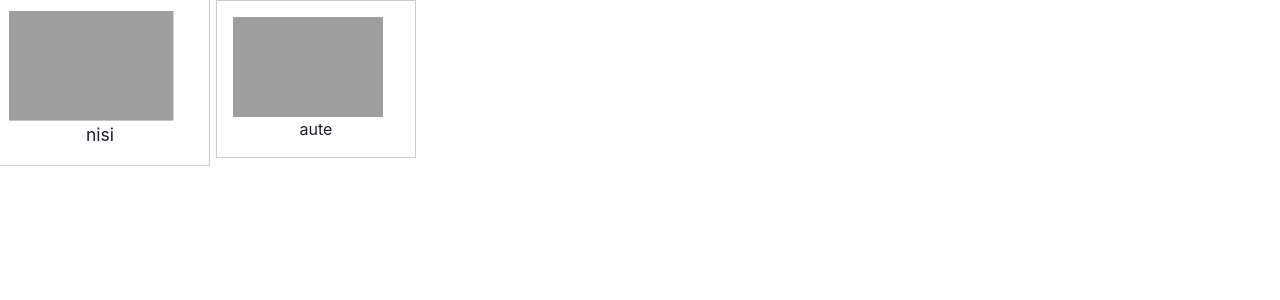
Repository: Jordybeer/wow
Page: /
The author's editor kept a copy of each file at every save. The page is drawn from the files as they stood at one save, then again after the next save.
The browser window is 1280 px wide. The pictures show the whole page.
Pictures or frames that could not be fetched are drawn as grey boxes. The project was rebuilt for these pictures with package versions that can differ from the ones it lists, and the page was loaded fresh each time. The framework's server and built-in components were replaced by stand-ins that run in the browser. Also part of the build but not shown: components/ExpandedCard.tsx.

Above is the page before, as saved 2023-09-18 10:04:47.

### pages/_app.tsx
// pages/_app.tsx
import { ChakraProvider } from '@chakra-ui/react';
import '../styles/styles.css';
import "slick-carousel/slick/slick.css";
import "slick-carousel/slick/slick-theme.css";

function MyApp({ Component, pageProps }) {
  return (
    <ChakraProvider>
      <Component {...pageProps} />
    </ChakraProvider>
  );
}

export default MyApp;

### pages/index.tsx
// pages/index.tsx
import React, { useState } from 'react';
import CardGrid from '../components/CardGrid';
import ExpandedCard from '../components/ExpandedCard';

const Home = () => {
  const [selectedCard, setSelectedCard] = useState(null);

  return (
    <div>
      <CardGrid setSelectedCard={setSelectedCard} />
      {selectedCard && (
        <ExpandedCard data={selectedCard} setSelectedCard={setSelectedCard} />
      )}
    </div>
  );
};

export default Home;

### styles/styles.css
/* styles/styles.css */
.grid {
  display: grid;
  grid-template-columns: repeat(auto-fill, minmax(200px, 1fr));
  gap: 16px;
}

.card, .expanded-card {
  border: 1px solid #ccc;
  padding: 16px;
  text-align: center;
  transition: all 0.3s ease-in-out;
}

.expanded-card {
  position: fixed;
  top: 0;
  left: 0;
  width: 100%;
  height: 100%;
  background-color: rgba(0, 0, 0, 0.8);
  z-index: 1000;
  display: flex;
  flex-direction: column;
    background-color: rgba(0, 0, 0, 0.8);
  display: flex;
  align-items: center;
  justify-content: center;
}

.slideshow {
  width: 100%;
  height: 50%;
  overflow: hidden;
}

.description {
  padding: 16px;
}

/* styles/styles.css */
/* ...existing styles */


.content-box {
  background-color: orange;
  border: 2px solid black;
  width: 80%;
  height: 80%;
  display: flex;
  flex-direction: column;
}

.top-half,
.bottom-half {
  flex: 1;
  display: flex;
  align-items: center;
  justify-content: center;
}

.carousel {
  flex: 3;
}

.thumbnails {
  flex: 1;
  display: flex;
  flex-direction: column;
  align-items: center;
}

.thumbnails img {
  margin: 5px 0;
  cursor: pointer;
}

### components/CardGrid.tsx
// components/CardGrid.tsx
import React, { useState, useEffect } from 'react';
import Card from './Card';
import { LoremIpsum } from 'lorem-ipsum';

const CardGrid = ({ setSelectedCard }) => {
  const [data, setData] = useState([]);

  useEffect(() => {
    const lorem = new LoremIpsum({
      sentencesPerParagraph: {
        max: 8,
        min: 4
      },
      wordsPerSentence: {
        max: 16,
        min: 4
      }
    });

    const generatedData = [
      {
        img: 'https://source.unsplash.com/random/150x100?nature,1',
        title: lorem.generateWords(1),
        description: lorem.generateSentences(5),
        images: [
          'https://source.unsplash.com/random/300x200?nature,1',
          'https://source.unsplash.com/random/300x200?nature,2',
          'https://source.unsplash.com/random/300x200?nature,3',
        ]
      },
      {
        img: 'https://source.unsplash.com/random/150x100?city,1',
        title: lorem.generateWords(1),
        description: lorem.generateSentences(5),
        images: [
          'https://source.unsplash.com/random/300x200?city,1',
          'https://source.unsplash.com/random/300x200?city,2',
          'https://source.unsplash.com/random/300x200?city,3',
        ]
      },
      // ... you can add more data here
    ];

    setData(generatedData);
  }, []);

  return (
    <div className="grid">
      {data.map((item, index) => (
        <Card key={index} data={item} setSelectedCard={setSelectedCard} />
      ))}
    </div>
  );
};

export default CardGrid;

### components/Card.tsx
// components/Card.tsx
import { motion } from 'framer-motion';

const Card = ({ data, setSelectedCard }) => {
  return (
    <motion.div
      className="card"
      whileHover={{ scale: 1.1 }}
      whileTap={{ scale: 0.9 }}
      onClick={() => setSelectedCard(data)}
    >
      <img src={data.img} alt={data.title} />
      <h3>{data.title}</h3>
    </motion.div>
  );
};

export default Card;

After the next save:
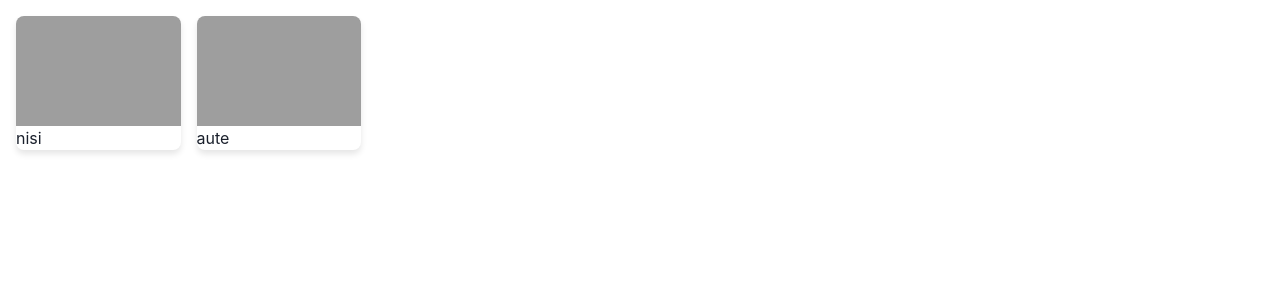
Saved 7 min 25 s later.
--- a/styles/styles.css
+++ b/styles/styles.css
@@ -1,76 +1,98 @@
-/* styles/styles.css */
+/* Grid Layout */
 .grid {
   display: grid;
-  grid-template-columns: repeat(auto-fill, minmax(200px, 1fr));
+  grid-template-columns: repeat(auto-fill, minmax(150px, 1fr));
   gap: 16px;
+  padding: 16px;
 }
 
-.card, .expanded-card {
-  border: 1px solid #ccc;
-  padding: 16px;
-  text-align: center;
-  transition: all 0.3s ease-in-out;
+/* Card Styles */
+.card {
+  position: relative;
+  overflow: hidden;
+  border-radius: 8px;
+  box-shadow: 0 4px 6px rgba(0, 0, 0, 0.1);
+  cursor: pointer;
+  transition: transform 0.3s ease-in-out;
 }
 
+.card:hover {
+  transform: scale(1.05);
+}
+
+.card img {
+  width: 100%;
+  height: auto;
+  object-fit: cover;
+}
+
+.card-title {
+  position: absolute;
+  bottom: 0;
+  left: 0;
+  background: rgba(0, 0, 0, 0.7);
+  color: white;
+  padding: 8px;
+  width: 100%;
+  text-align: center;
+}
+
+/* Expanded Card Styles */
 .expanded-card {
   position: fixed;
   top: 0;
   left: 0;
   width: 100%;
   height: 100%;
-  background-color: rgba(0, 0, 0, 0.8);
+  background: rgba(0, 0, 0, 0.7);
   z-index: 1000;
   display: flex;
-  flex-direction: column;
-    background-color: rgba(0, 0, 0, 0.8);
-  display: flex;
+  justify-content: center;
   align-items: center;
-  justify-content: center;
 }
 
-.slideshow {
-  width: 100%;
-  height: 50%;
-  overflow: hidden;
-}
-
-.description {
-  padding: 16px;
-}
-
-/* styles/styles.css */
-/* ...existing styles */
-
-
 .content-box {
-  background-color: orange;
+  position: relative;
+  background: orange;
   border: 2px solid black;
+  border-radius: 8px;
   width: 80%;
   height: 80%;
   display: flex;
   flex-direction: column;
 }
 
-.top-half,
-.bottom-half {
-  flex: 1;
-  display: flex;
-  align-items: center;
-  justify-content: center;
+/* Carousel Styles */
+.carousel-img {
+  max-width: 100%;
+  height: auto;
 }
 
-.carousel {
-  flex: 3;
+/* Thumbnail Styles */
+.thumbnail-img {
+  width: 50px;
+  height: auto;
 }
 
 .thumbnails {
-  flex: 1;
+  position: absolute;
+  top: 0;
+  right: 0;
   display: flex;
   flex-direction: column;
   align-items: center;
 }
 
-.thumbnails img {
-  margin: 5px 0;
-  cursor: pointer;
+/* Top and Bottom Half */
+.top-half {
+  height: 40%;
+  position: relative;
 }
+
+.bottom-half {
+  height: 60%;
+  padding: 16px;
+  display: flex;
+  flex-direction: column;
+  justify-content: space-between;
+}
